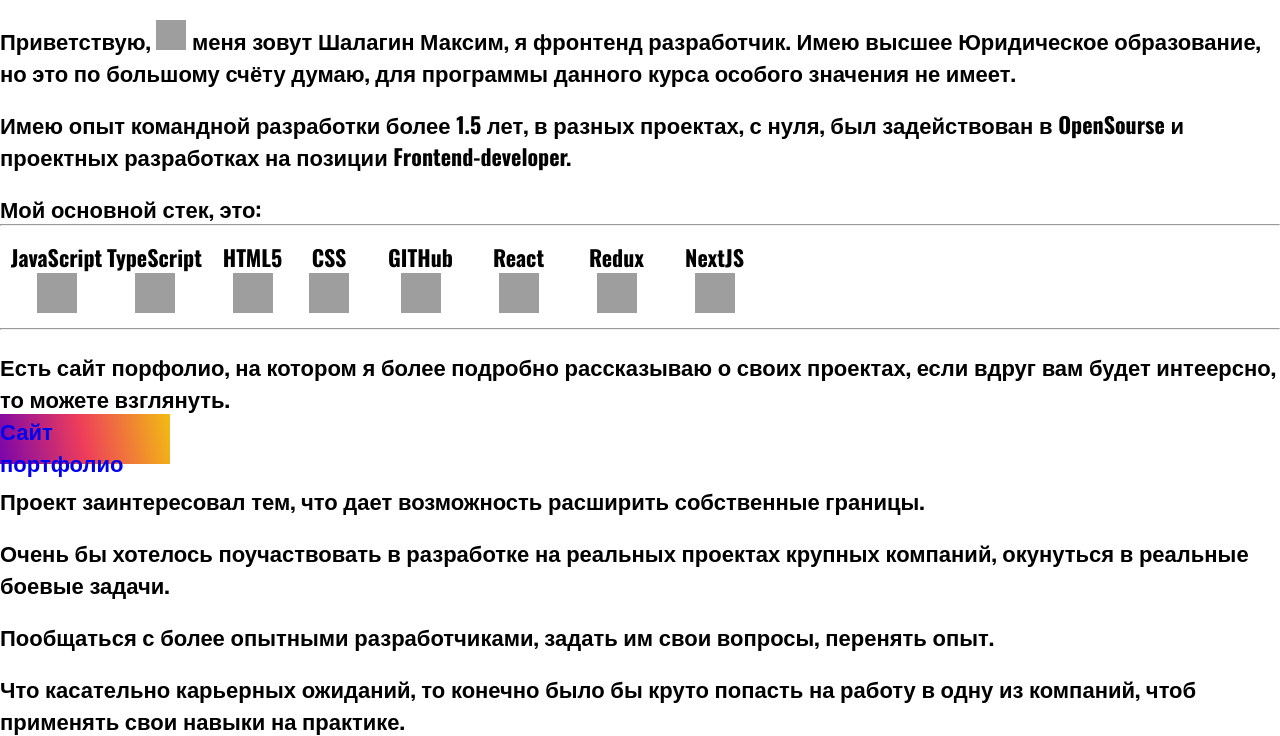
Repository: ni4egonepridumal/letter
Page: index.html
An editor plug-in stored every save of this project. The page is shown before and after the next save, followed by the edit.
The browser window is 1280 px wide. The pictures show the whole page.
Pictures or frames that could not be fetched are drawn as grey boxes.

Above is the page before, as saved 2024-01-18 17:47:37.

### index.html
<!DOCTYPE html>
<html lang="en">
  <head>
    <meta charset="UTF-8" />
    <meta name="viewport" content="width=device-width, initial-scale=1.0" />
    <link rel="stylesheet" href="style.css" />
    <link rel="preconnect" href="https://fonts.googleapis.com" />
    <link rel="preconnect" href="https://fonts.gstatic.com" crossorigin />
    <link
      href="https://fonts.googleapis.com/css2?family=Oswald:wght@200..700&display=swap"
      rel="stylesheet"
    />
    <title>Document</title>
  </head>
  <body>
    <div class="container">
      <p>
        Приветствую,
        <span>
          <img
            src="https://upload.wikimedia.org/wikipedia/commons/thumb/1/17/Noto_Emoji_Pie_1f44b_1f3fb.svg/1024px-Noto_Emoji_Pie_1f44b_1f3fb.svg.png"
            width="30"
            height="30"
            alt="smile"
          /> </span
        >меня зовут Шалагин Максим, я фронтенд разработчик. Имею высшее
        Юридическое образование, но это по большому счёту думаю, для программы
        данного курса особого значения не имеет.
      </p>
      <p>
        Имею опыт командной разработки более 1.5 лет, в разных проектах, с нуля,
        был задействован в OpenSourse и проектных разработках на позиции
        Frontend-developer.
      </p>
      <p>Мой основной стек, это:</p>
      <hr />

      <div class="myScills">
        <div class="img">
          <label>JavaScript</label
          ><img
            src="https://raw.githubusercontent.com/devicons/devicon/master/icons/javascript/javascript-original.svg"
            alt="javascript"
            width="40"
            height="40"
          />
        </div>
        <div class="img">
          <label>TypeScript</label
          ><img
            src="https://raw.githubusercontent.com/devicons/devicon/master/icons/typescript/typescript-original.svg"
            alt="typescript"
            width="40"
            height="40"
          />
        </div>
        <div class="img">
          <label>HTML5</label
          ><img
            src="https://raw.githubusercontent.com/devicons/devicon/master/icons/html5/html5-original-wordmark.svg"
            alt="html5"
            width="40"
            height="40"
          />
        </div>
        <div class="img_css">
          <label>CSS</label
          ><img
            src="https://raw.githubusercontent.com/devicons/devicon/master/icons/css3/css3-original-wordmark.svg"
            alt="css3"
            width="40"
            height="40"
          />
        </div>
        <div class="img">
          <label>GITHub</label
          ><img
            src="https://raw.githubusercontent.com/devicons/devicon/master/icons/github/github-original.svg"
            alt="git"
            width="40"
            height="40"
          />
        </div>
        <div class="img">
          <label>React</label
          ><img
            src="https://raw.githubusercontent.com/devicons/devicon/master/icons/react/react-original-wordmark.svg"
            alt="react"
            width="40"
            height="40"
          />
        </div>
        <div class="img">
          <label>Redux</label
          ><img
            src="https://raw.githubusercontent.com/devicons/devicon/master/icons/redux/redux-original.svg"
            alt="redux"
            width="40"
            height="40"
          />
        </div>
        <div class="img">
          <label>NextJS</label
          ><img
            src="https://cdn.worldvectorlogo.com/logos/nextjs-2.svg"
            alt="nextjs"
            width="40"
            height="40"
          />
        </div>
      </div>
      <hr />

      <p>
        Есть сайт порфолио, на котором я более подробно рассказываю о своих
        проектах, если вдруг вам будет интеерсно, то можете взглянуть.
      </p>
      <div class="inner_href">
        <a class="href" href="https://portfolio-three-taupe-20.vercel.app/"
          >Сайт портфолио</a
        >
      </div>
      <p>
        Проект заинтересовал тем, что дает возможность расширить собственные
        границы.
      </p>
      <p>
        Очень бы хотелось поучаствовать в разработке на реальных проектах
        крупных компаний, окунуться в реальные боевые задачи.
      </p>
      <p>
        Пообщаться с более опытными разработчиками, задать им свои вопросы,
        перенять опыт.
      </p>
      <p>
        Что касательно карьерных ожиданий, то конечно было бы круто попасть на
        работу в одну из компаний, чтоб применять свои навыки на практике.
      </p>
    </div>
  </body>
</html>

### style.css
* {
  margin: 0;
  padding: 0;
  box-sizing: border-box;
}

body {
  font-size: 22px;
  font-weight: 700;
  font-family: "Oswald", sans-serif;
}
p {
  margin-top: 20px;
}
.container {
  max-width: 1600px;
  margin: 0 auto;
}
.myScills {
  display: flex;
  flex-wrap: wrap;
  margin: 15px 0;
}
.img {
  width: 83px;
  display: flex;
  justify-content: center;
  flex-wrap: wrap;
  margin-left: 15px;
}
.img_css {
  width: 70px;
  display: flex;
  justify-content: center;
  flex-wrap: wrap;
}
.inner_href {
  width: 170px;
  height: 50px;
  background: linear-gradient(
    78.55deg,
    #7a05ab 0%,
    #ee3d5a 48.44%,
    #f2bc12 100%
  );
  vertical-align: middle;
}
.href {
  text-decoration: none;
}

After the next save:
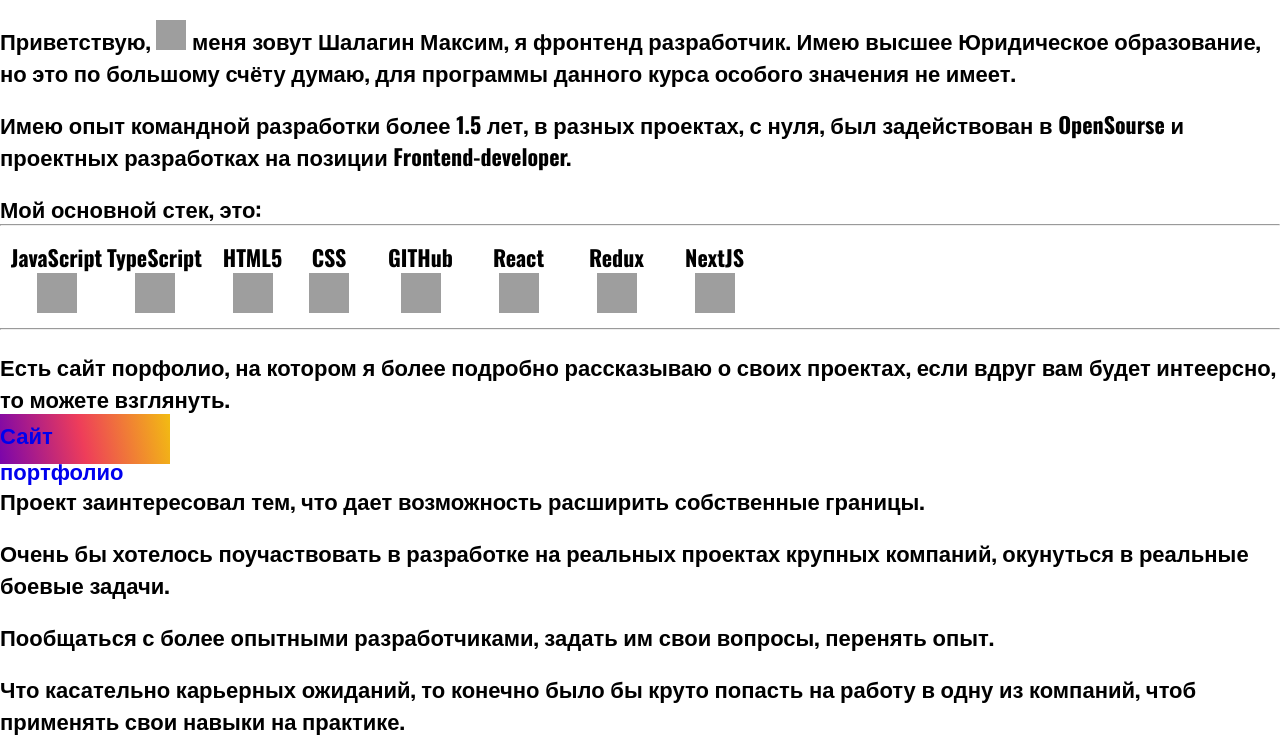
Saved 20 s later.
--- a/style.css
+++ b/style.css
@@ -43,8 +43,8 @@ p {
     #ee3d5a 48.44%,
     #f2bc12 100%
   );
-  vertical-align: middle;
 }
 .href {
   text-decoration: none;
+  vertical-align: middle;
 }
